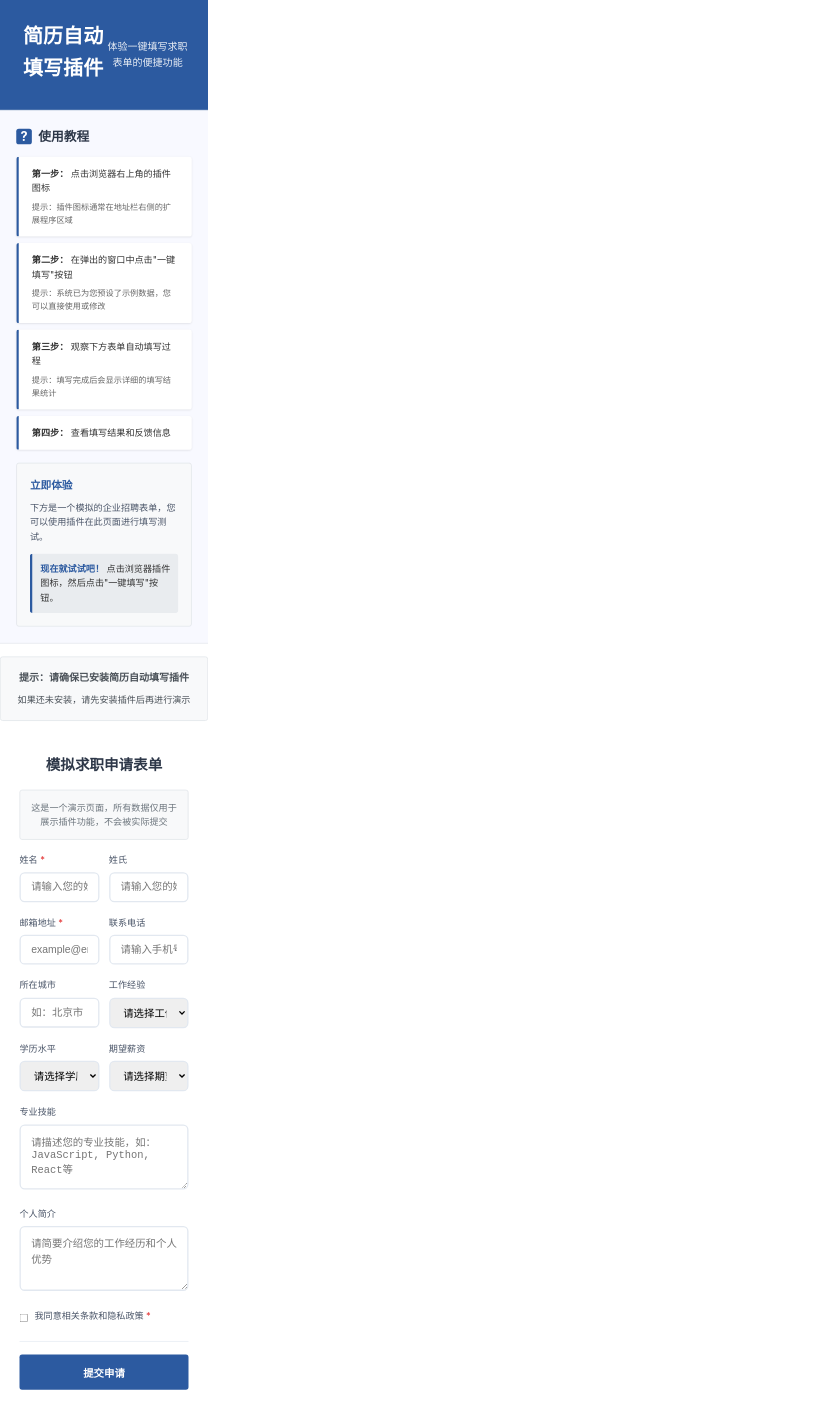
Repository: Zion74/jiancareer-chrome-main-zhn
Page: public/mock-form.html
These files come from the project's save history. The page is drawn as it stood at one moment and after a run of saves; the edit follows.
The browser window is 1280 px wide. The pictures show the whole page, at 65% of full size.

Above is the page before, as saved 2025-09-09 21:52:47.

After the next 2 saves:
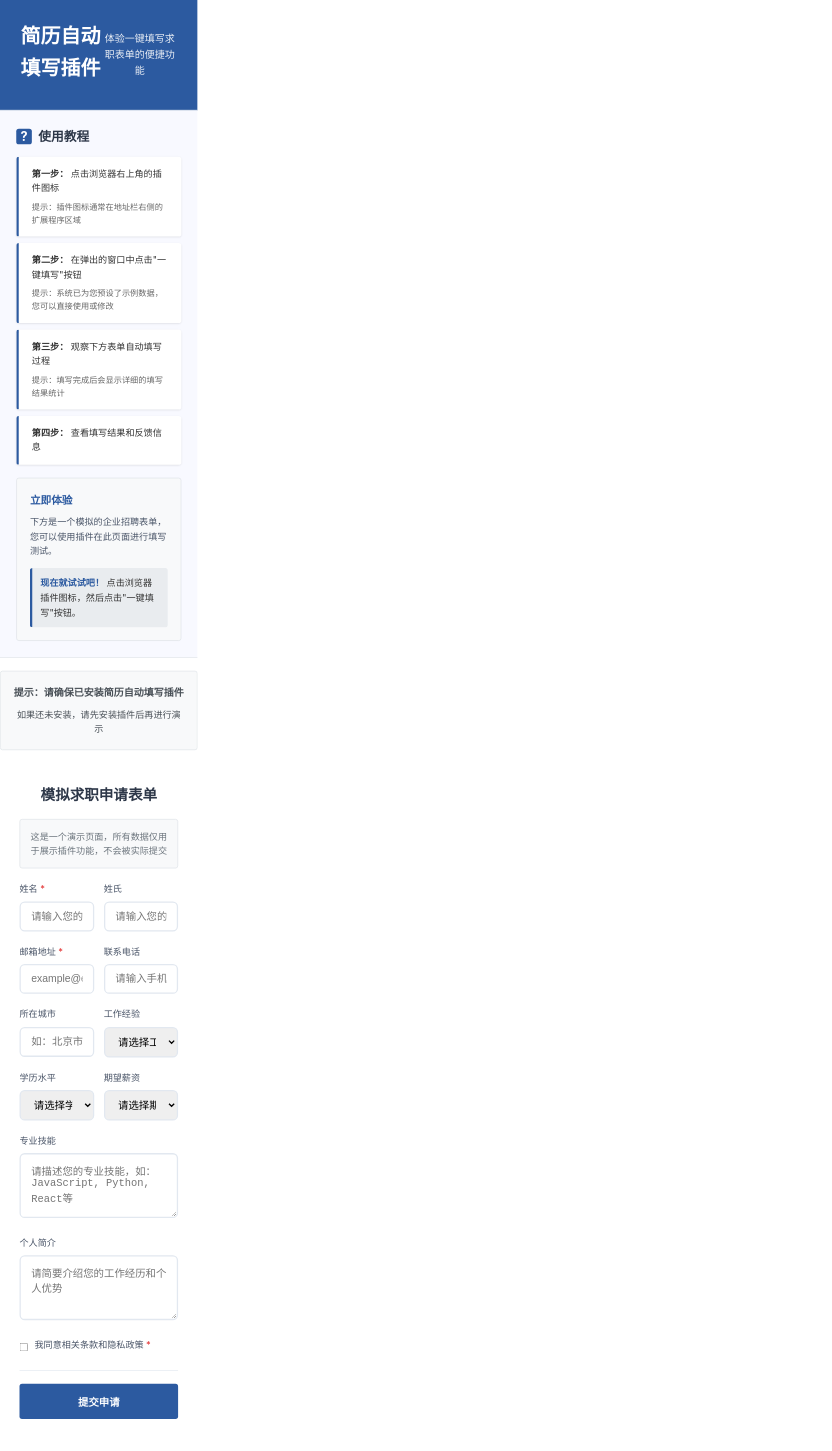
The 2 saves are shown as one change because they came seconds apart.
The last was saved 67 s later.
--- a/public/mock-form.html
+++ b/public/mock-form.html
@@ -16,7 +16,7 @@
         }
 
         .container {
-            width: 100%;
+            width: 95%;
             margin: 0;
             background: white;
             border-radius: 0;

After the save that followed:
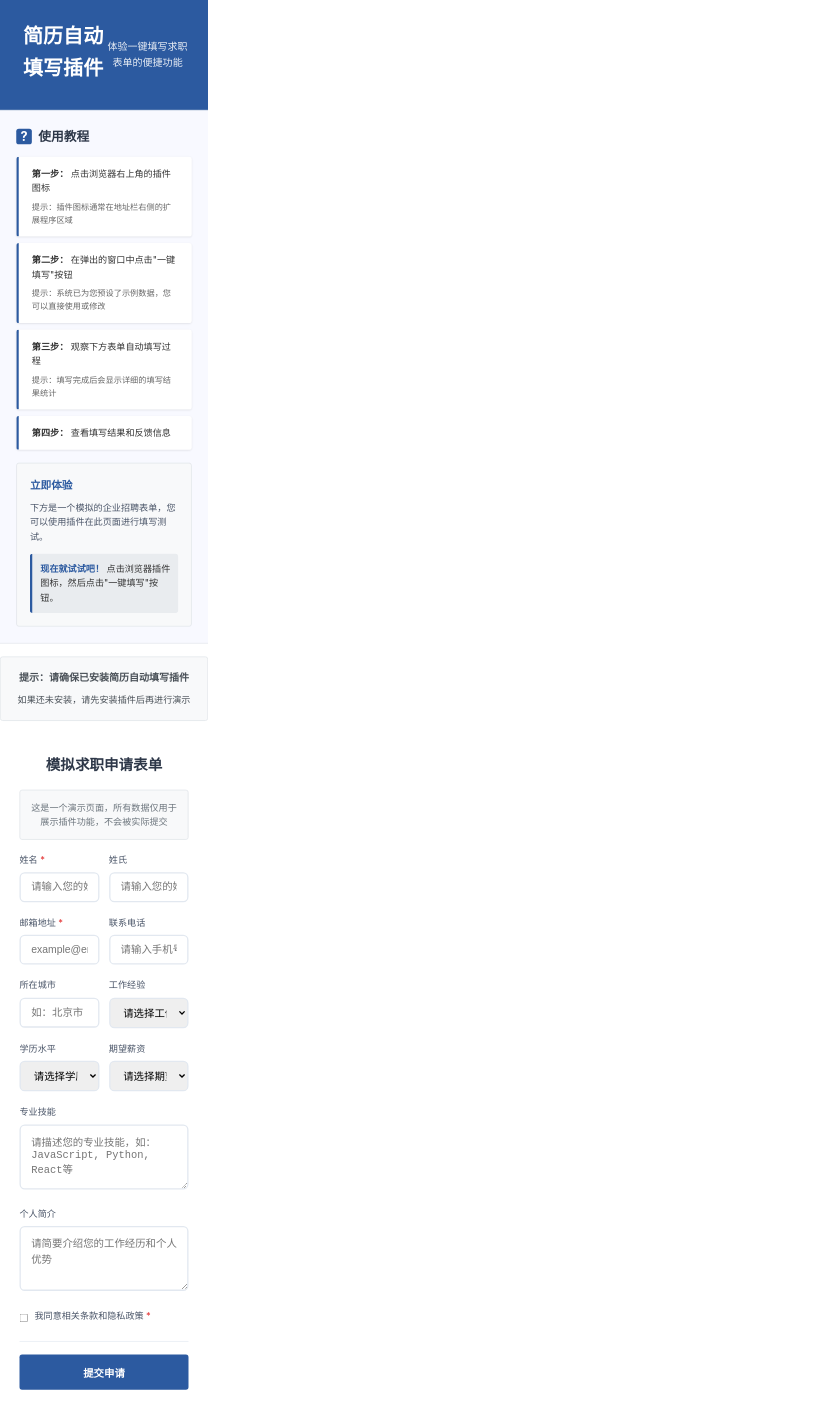
Saved 112 s later.
--- a/public/mock-form.html
+++ b/public/mock-form.html
@@ -16,7 +16,7 @@
         }
 
         .container {
-            width: 95%;
+            width: 100%;
             margin: 0;
             background: white;
             border-radius: 0;
